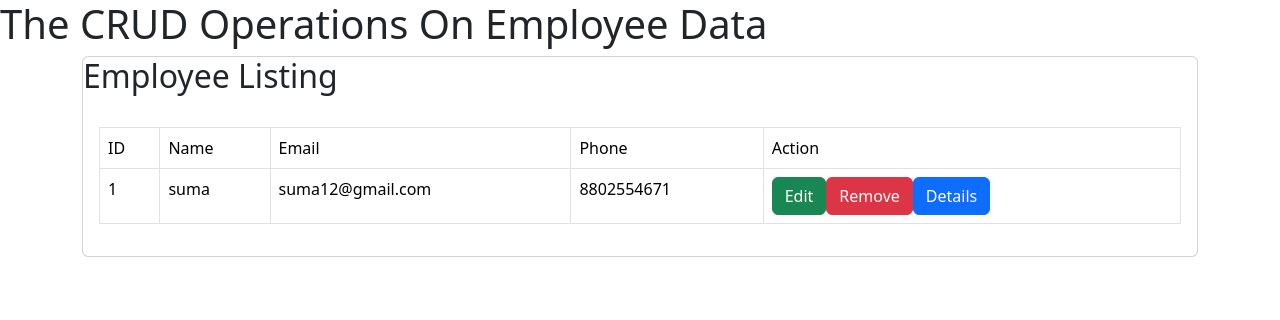
Repository: suraj-yadav7/CRUD_Emp_Data
Page: /
The author's editor kept a copy of each file at every save. The page is drawn from the files as they stood at one save, then again after a run of saves.
The browser window is 1280 px wide. The pictures show the whole page.
The project was rebuilt for these pictures with package versions that can differ from the ones it lists, and the page was loaded fresh each time. Requests to the local data server were answered from the project's data file. Also part of the build but not shown: src/App.css, src/components/EmpCreate.jsx, src/components/EmpDetails.jsx, src/components/EmpEdit.jsx.

Above is the page before, as saved 2023-06-11 12:12:03.

After the next 2 saves:
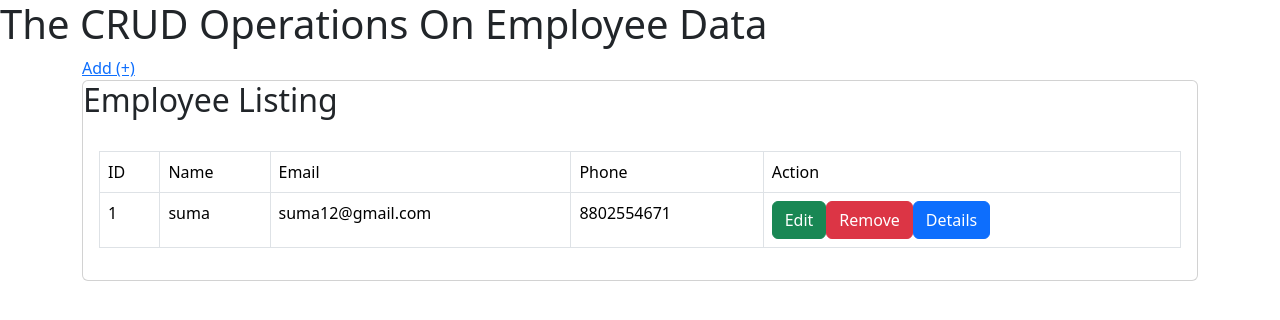
The 2 saves are shown as one change because 1 did not build or start.
The last was saved 114 s later.
--- a/src/components/Employee.jsx
+++ b/src/components/Employee.jsx
@@ -1,4 +1,5 @@
 import React, { useEffect, useState } from 'react'
+import { Link } from 'react-router-dom'
 
 const Employee = () => {
     const [empData, setEmpData] = useState()
@@ -11,6 +12,7 @@ const Employee = () => {
   return (
     <>
       <div className='container'>
+        <div ><Link>Add (+)</Link></div>
         <div className='card'>
             <div className='card-title'>
                 <h2>Employee Listing</h2>
